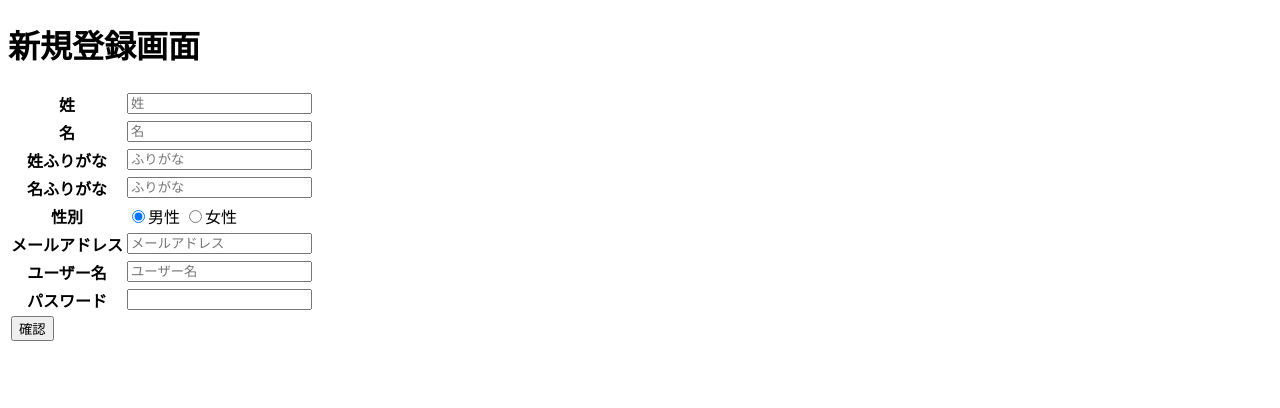
Repository: ryuhei0204/test
Page: http://localhost/Mytest/CreateAction
An editor plug-in stored every save of this project. The page is shown before and after the next save, followed by the edit.
The browser window is 1280 px wide. The pictures show the whole page.
The page is served by Tomcat 9. Other server files are loaded and not shown.

Above is the page before, as saved 2019-06-26 04:09:55.

### Mytest/WebContent/createUser.jsp
<%@ page language="java" contentType="text/html; charset=UTF-8"
    pageEncoding="UTF-8"%>
<%@ taglib prefix = "s" uri = "/struts-tags" %>
<!DOCTYPE html PUBLIC "-//W3C//DTD HTML 4.01 Transitional//EN" "http://www.w3.org/TR/html4/loose.dtd">
<html>
<head>
<meta http-equiv="Content-Type" content="text/html; charset=UTF-8">
<title>新規登録画面</title>
</head>
<body>
<h1>新規登録画面</h1>
<s:if test = "!(createError.isEmpty()) && createError != null">
  <s:property value = "createError"/>
</s:if>
<form action = "CreateConfirmAction" method = "post">
  <table>
     <tr>
        <th>姓</th>
        <td><input type = "text" name = "sei" placeholder = "姓" value = "<s:property value = "sei"/>"/></td>
     </tr>

     <tr>
        <th>名</th>
        <td><input type = "text" name = "mei" placeholder = "名" value = "<s:property value = "mei"/>"/></td>
     </tr>

     <tr>
        <th>姓ふりがな</th>
        <td><input type = "text" name = "seikana" placeholder = "ふりがな" value = "<s:property value = "seikana"/>"/></td>
     </tr>

     <tr>
        <th>名ふりがな</th>
        <td><input type = "text" name = "meikana" placeholder = "ふりがな" value = "<s:property value = "meikana"/>"/></td>
     </tr>

    <tr>
		<th><label>性別</label></th>
			<td>
				<label><input type="radio" name = "seibetu" value = "0"<s:if test = 'seibetu == 0'> checked</s:if>>男性</label>
				<label><input type="radio" name = "seibetu" value = "1"<s:if test = 'seibetu == 1'> checked</s:if>>女性</label>
			</td>
	</tr>

     <tr>
        <th>メールアドレス</th>
        <td><input type = "text" name = "mail" placeholder = "メールアドレス" value = "<s:property value = "mail"/>"/></td>
     </tr>

     <tr>
        <th>ユーザー名</th>
        <td><input type = "text" name = "userId" placeholder = "ユーザー名" value = "<s:property value = "userId"/>"/></td>
     </tr>

     <tr>
        <th>パスワード</th>
        <td><input type = "password" name = "password" palceholder = "パスワード" value = ""/></td>
     </tr>

     <tr>
       <td><input type = "submit" value = "確認"/></td>
     </tr>
  </table>
</form>
</body>
</html>

After the next save:
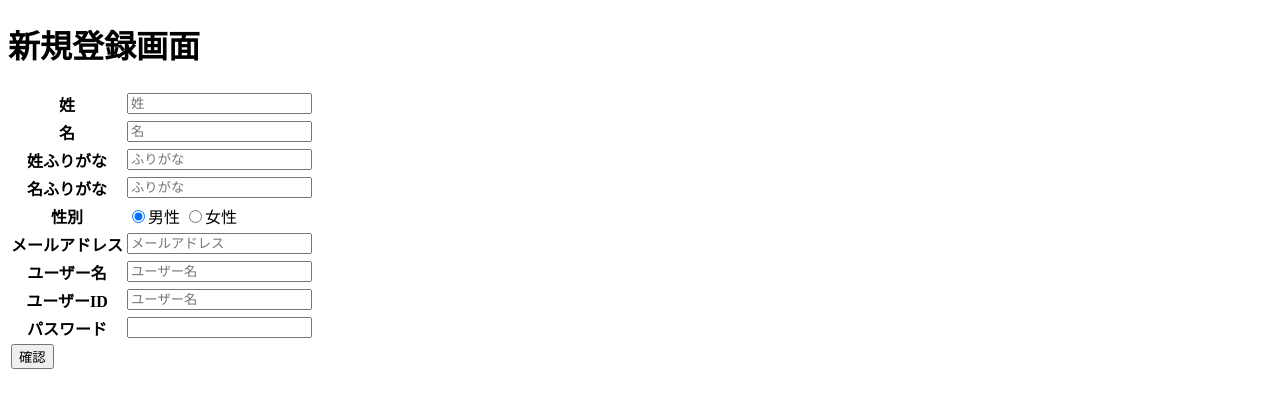
Saved 2 min 13 s later.
--- a/Mytest/WebContent/createUser.jsp
+++ b/Mytest/WebContent/createUser.jsp
@@ -49,6 +49,11 @@
 
      <tr>
         <th>ユーザー名</th>
+        <td><input type = "text" name = "userName" placeholder = "ユーザー名" value = "<s:property value = "userName"/>"/></td>
+     </tr>
+
+     <tr>
+        <th>ユーザーID</th>
         <td><input type = "text" name = "userId" placeholder = "ユーザー名" value = "<s:property value = "userId"/>"/></td>
      </tr>
 
